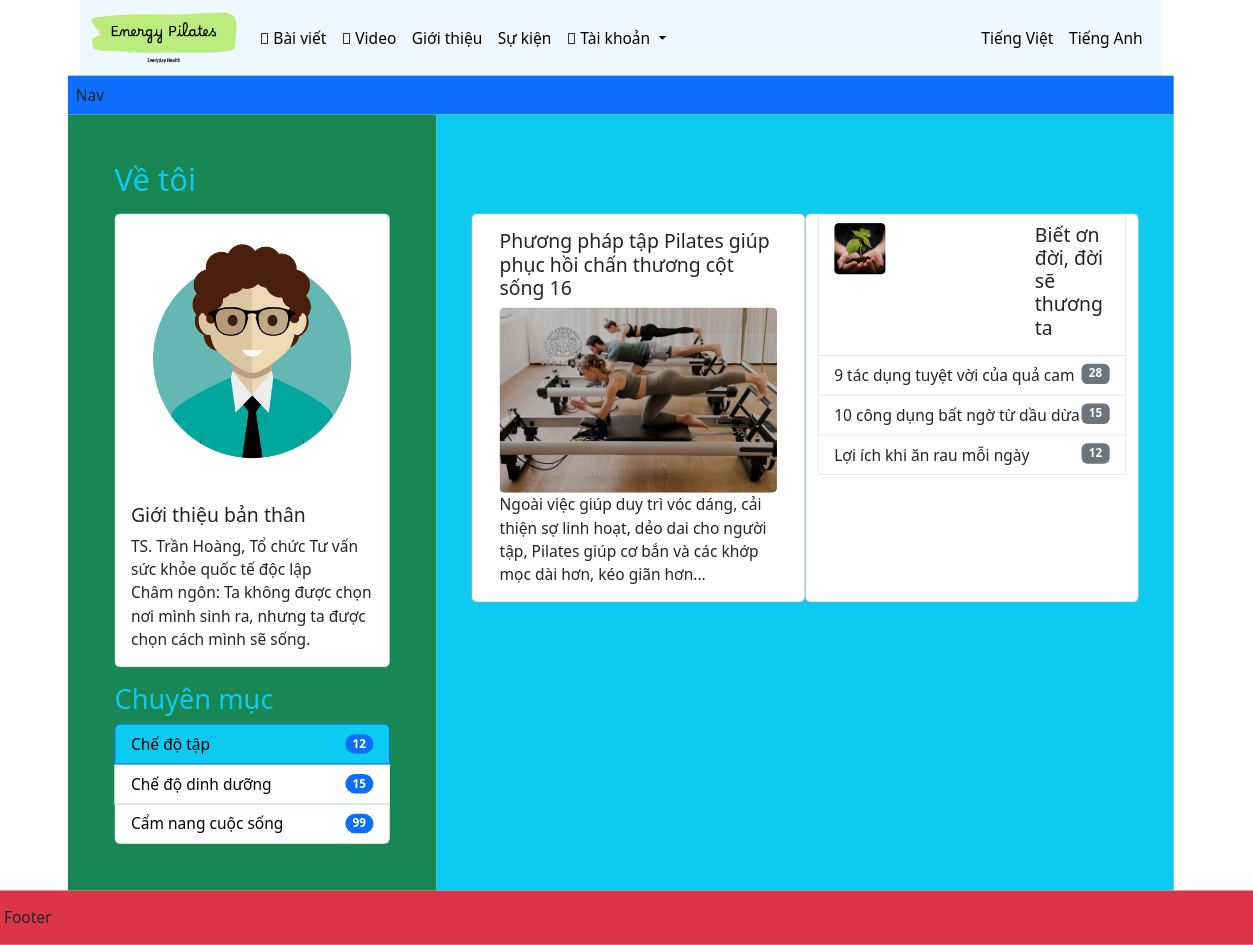
Repository: KizukoHeiwa/SOF308
Page: Lab1/index.html
These files come from the project's save history. The page is drawn as it stood at one moment and after a run of saves; the edit follows.
The browser window is 1280 px wide. The page is 1292 px wide, so the pictures cover 1292 px, including what lies to the right of the window. The pictures show the whole page, at 97% of full size.

Above is the page before, as saved 2024-10-31 10:36:05.

### Lab1/index.html
<!DOCTYPE html>
<html lang="en">
<head>
    <meta charset="UTF-8">
    <meta name="viewport" content="width=device-width, initial-scale=1.0">
    <title>FPT Polytechnic</title>
    <link href="https://cdn.jsdelivr.net/npm/bootstrap@5.3.3/dist/css/bootstrap.min.css" rel="stylesheet" integrity="sha384-QWTKZyjpPEjISv5WaRU9OFeRpok6YctnYmDr5pNlyT2bRjXh0JMhjY6hW+ALEwIH" crossorigin="anonymous">
    <script src="https://cdn.jsdelivr.net/npm/bootstrap@5.3.3/dist/js/bootstrap.bundle.min.js" integrity="sha384-YvpcrYf0tY3lHB60NNkmXc5s9fDVZLESaAA55NDzOxhy9GkcIdslK1eN7N6jIeHz" crossorigin="anonymous"></script>
    <link rel="stylesheet" href="https://cdnjs.cloudflare.com/ajax/libs/font-awesome/4.7.0/css/font-awesome.min.css">
    <style>
        header{
            background-color: aliceblue;
            /* box-shadow: 1px 1px 2px 1px lightgray; */
        }
        .nav-link{
            color: black;
        }
        .nav-link:hover{
            color: green;
        }
        .navbar-nav .nav-link.active, .navbar-nav .nav-link.show {
            color: green;
        }
    </style>

</head>
<body>
    <div class="container">
        <header>
            <nav class="navbar navbar-expand-sm">
                <div class="container">
                    <a class="navbar-brand" href="#">
                        <img src="img/logo-energy-pilates.png" alt="" style="width: 150px;">
                    </a>
                    <div class="collapse navbar-collapse" id="collapsibleNavbar">
                        <ul class="navbar-nav me-auto">
                            <li class="nav-item">
                                <a class="nav-link" href="#"><i class="fa-solid fa-list"></i> Bài viết</a>
                            </li>
                            <li class="nav-item">
                                <a class="nav-link" href="#"><i class="fa-solid fa-film"></i> Video</a>
                            </li>
                            <li class="nav-item">
                                <a class="nav-link" href="#"><i class="fa-solid fa-circle-info"></i> Giới thiệu</a>
                            </li>
                            <li class="nav-item">
                                <a class="nav-link" href="#"><i class="fa-solid fa-calendar-days"></i> Sự kiện</a>
                            </li>
                            <li class="nav-item dropdown">
                                <a class="nav-link dropdown-toggle" href="#" role="button" data-bs-toggle="dropdown">
                                    <i class="fa-solid fa-user"></i> Tài khoản
                                </a>
                                <ul class="dropdown-menu">
                                    <li><a class="dropdown-item" href="#">Đăng nhập</a></li>
                                    <li><a class="dropdown-item" href="#">Quên mật khẩu</a></li>
                                    <li><a class="dropdown-item" href="#">Đăng ký thành viên</a></li>
                                </ul>
                            </li>
                        </ul>
                        <ul class="navbar-nav d-flex">
                            <li class="nav-item">
                                <a class="nav-link">Tiếng Việt</a>
                            </li>
                            <li class="nav-item">
                                <a class="nav-link">Tiếng Anh</a>
                            </li>
                        </ul>
                    </div>
                </div>
            </nav>
        </header>
        <nav class="row bg-primary p-2">Nav</nav>
        <section class="row">
            <aside class="col-sm-4 bg-success p-5">
                <div class="col-sm">
                    <h2 class="text-info mb-3">Về tôi</h2>
                    <div class="card mb-3">
                        <img src="img/avatar.png" class="card-img-top" alt="">
                        <div class="card-body">
                            <h5 class="card-title">Giới thiệu bản thân</h5>
                            <p class="card-text">TS. Trần Hoàng, Tổ chức Tư vấn sức khỏe quốc tế độc lập <br>
                                Châm ngôn: Ta không được chọn nơi mình sinh ra, nhưng ta được chọn cách mình sẽ sống.
                            </p>
                        </div>
                    </div>

                    <h3 class="text-info mt-2">Chuyên mục</h3>
                    <ul class="list-group">
                        <li class="list-group-item active bg-info d-flex justify-content-between align-items-center">
                            <a class="nav-link" href="#">Chế độ tập</a>
                            <span class="badge bg-primary rounded-pill">12</span>
                        </li>
                        <li class="list-group-item d-flex justify-content-between align-items-center">
                            <a class="nav-link" href="#">Chế độ dinh dưỡng</a>
                            <span class="badge bg-primary rounded-pill">15</span>
                        </li>
                        <li class="list-group-item d-flex justify-content-between align-items-center">
                            <a class="nav-link" href="#">Cẩm nang cuộc sống</a>
                            <span class="badge bg-primary rounded-pill">99</span>
                        </li>
                    </ul>
                    <!-- end Chuyên mục -->
                </div>
            </aside>
            <article class="col-sm-8 bg-info p-5">
                <div class="row">
                        <h2 class="text-info mb-3">Blog của tôi</h2>
                        <div class="card col-sm-6">
                            <div class="card-body">
                                <h5 class="card-title">Phương pháp tập Pilates giúp phục hồi chấn thương cột sống <i class="fa-solid fa-message"></i> 16</h5>
                                <img src="img/tap-piltes.jpg" alt="" class="card-img">
                                <p class="card-text">Ngoài việc giúp duy trì vóc dáng, cải thiện sợ linh hoạt, dẻo dai cho người tập, Pilates giúp cơ bắn và các khớp mọc dài hơn, kéo giãn hơn...</p>
                            </div>
                        </div>
                        <div class="card col-sm-6">
                            <ul class="list-group">
                                <li class="list-group-item d-flex justify-content-between align-items-start">
                                    <div class="row">
                                        <div class="col-4">
                                            <img src="img/corevalue.jpg" alt="" class="card-img">
                                        </div>
                                    </div>
                                    <h5>Biết ơn đời, đời sẽ thương ta</h5>
                                </li>
                                <li class="list-group-item d-flex justify-content-between align-items-start">
                                    9 tác dụng tuyệt vời của quả cam
                                    <span class="badge bg-secondary">28</span>
                                </li>
                                <li class="list-group-item d-flex justify-content-between align-items-start">
                                    10 công dụng bất ngờ từ dầu dừa
                                    <span class="badge bg-secondary">15</span>
                                </li>
                                <li class="list-group-item d-flex justify-content-between align-items-start">
                                    Lợi ích khi ăn rau mỗi ngày
                                    <span class="badge bg-secondary">12</span>
                                </li>
                            </ul>
                        </div>
                    </div>
                </div>
            </article>
        </section>
        <footer class="row bg-danger p-3">Footer</footer>
    </div>
</body>
</html>

After the next 2 saves:
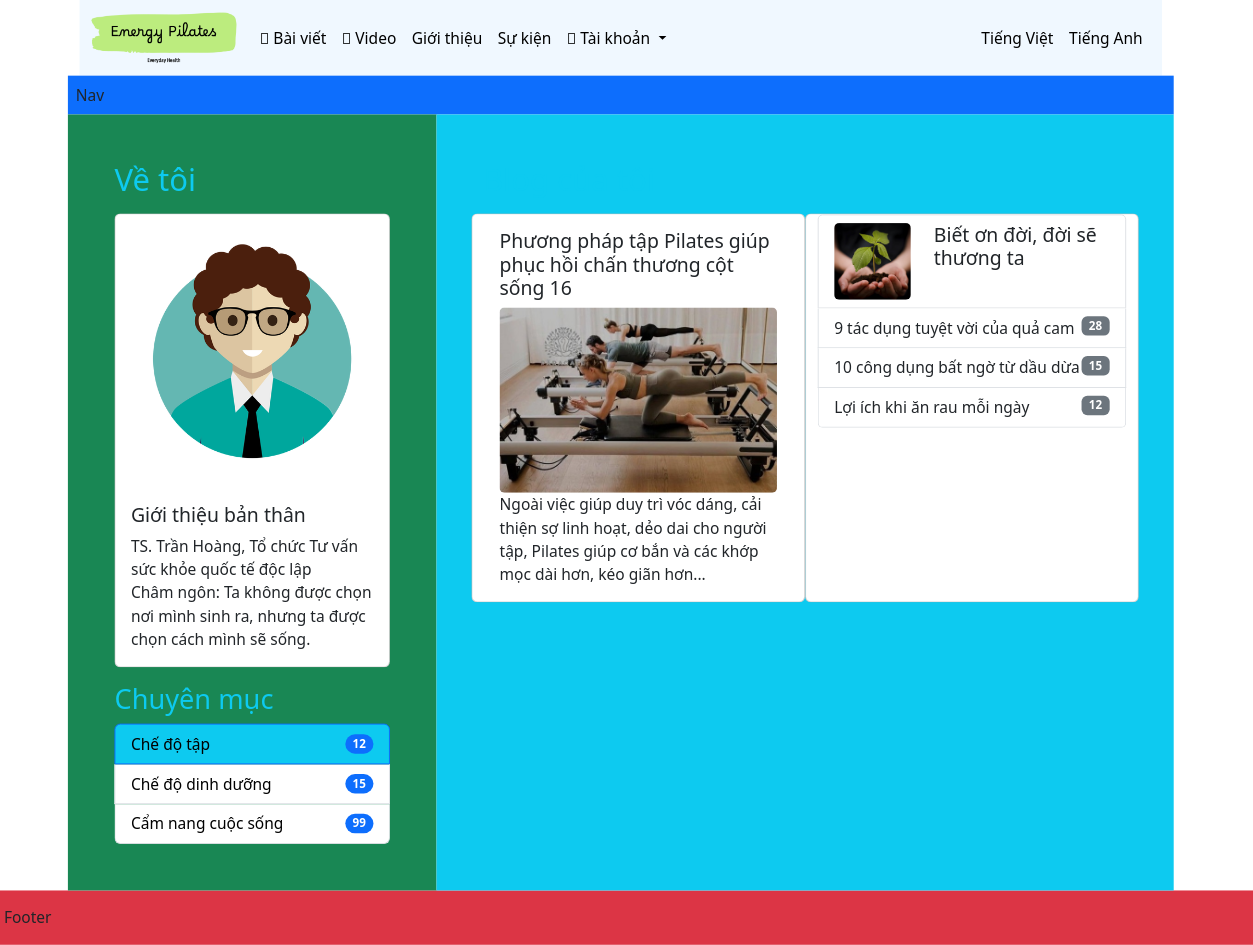
The 2 saves are shown as one change because they came seconds apart.
The last was saved 10 s later.
--- a/Lab1/index.html
+++ b/Lab1/index.html
@@ -119,8 +119,10 @@
                                         <div class="col-4">
                                             <img src="img/corevalue.jpg" alt="" class="card-img">
                                         </div>
+                                        <div class="col-8">
+                                            <h5>Biết ơn đời, đời sẽ thương ta</h5>
+                                        </div>
                                     </div>
-                                    <h5>Biết ơn đời, đời sẽ thương ta</h5>
                                 </li>
                                 <li class="list-group-item d-flex justify-content-between align-items-start">
                                     9 tác dụng tuyệt vời của quả cam
